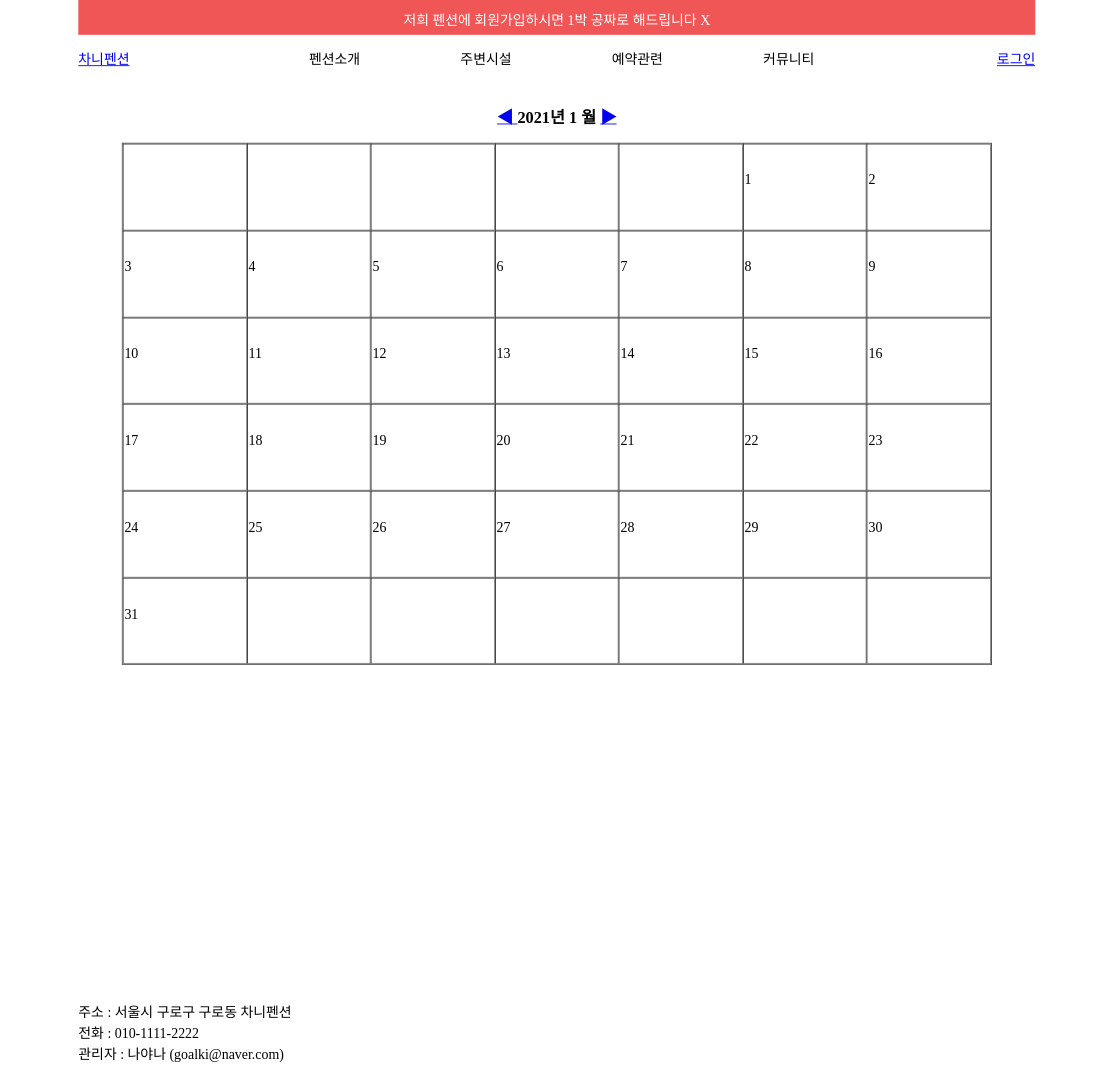
Repository: goalki/pension
Page: http://localhost/pension/reserve/reserve.jsp
The author's editor kept a copy of each file at every save. The page is drawn from the files as they stood at one save, then again after the next save.
The browser window is 1280 px wide. The pictures show the whole page, at 87% of full size.
The page is served by Tomcat 9. Queries for data that is not in the repository find no rows.

Above is the page before, as saved 2021-01-20 06:28:56.

After the next save:
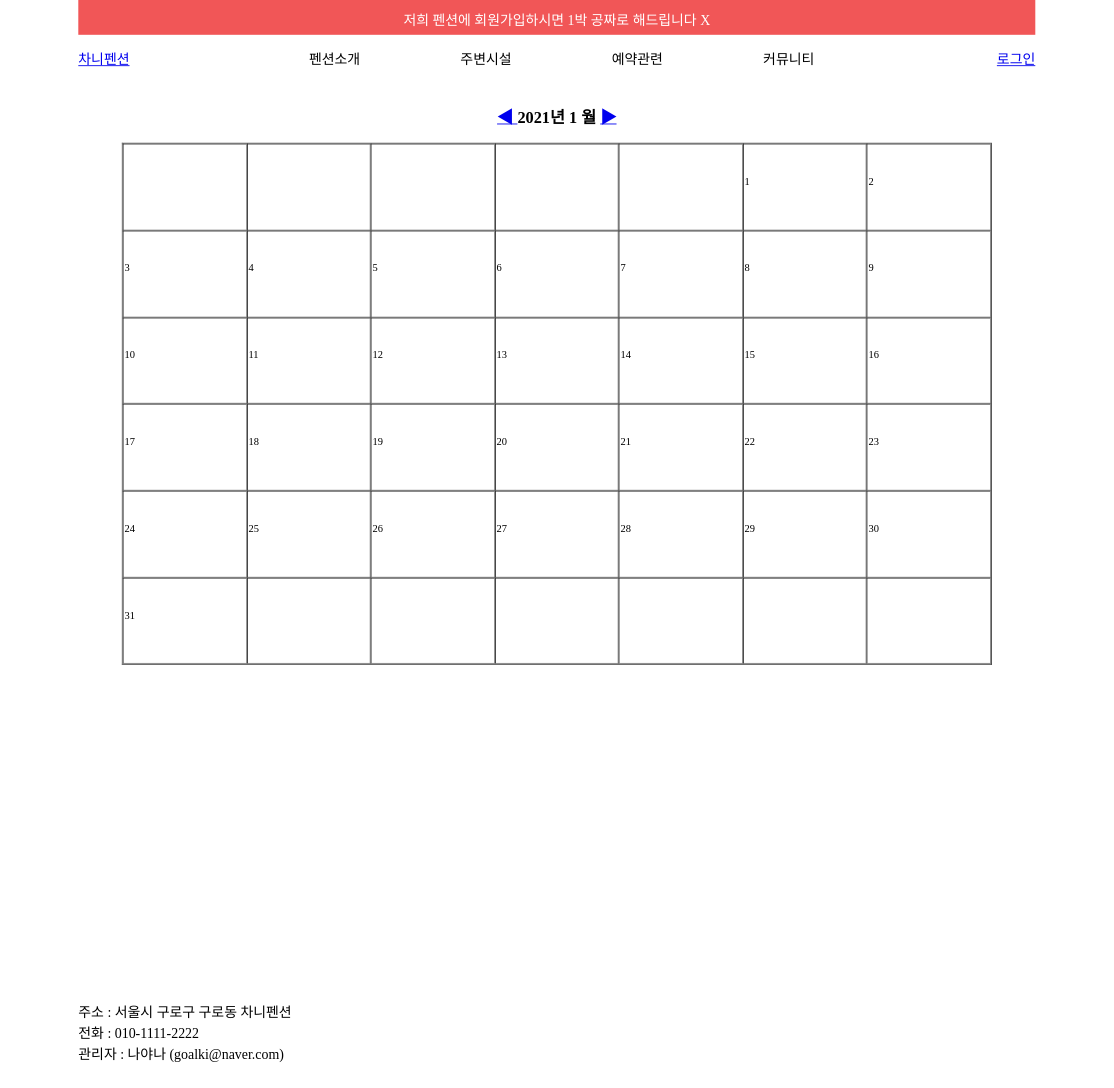
Saved 13 s later.
--- a/pension/WebContent/reserve/reserve.jsp
+++ b/pension/WebContent/reserve/reserve.jsp
@@ -69,7 +69,7 @@
     margin:auto;
 
   }
-  #section #td {
+  #section td {
     font-size:12px;
   }
  </style>
